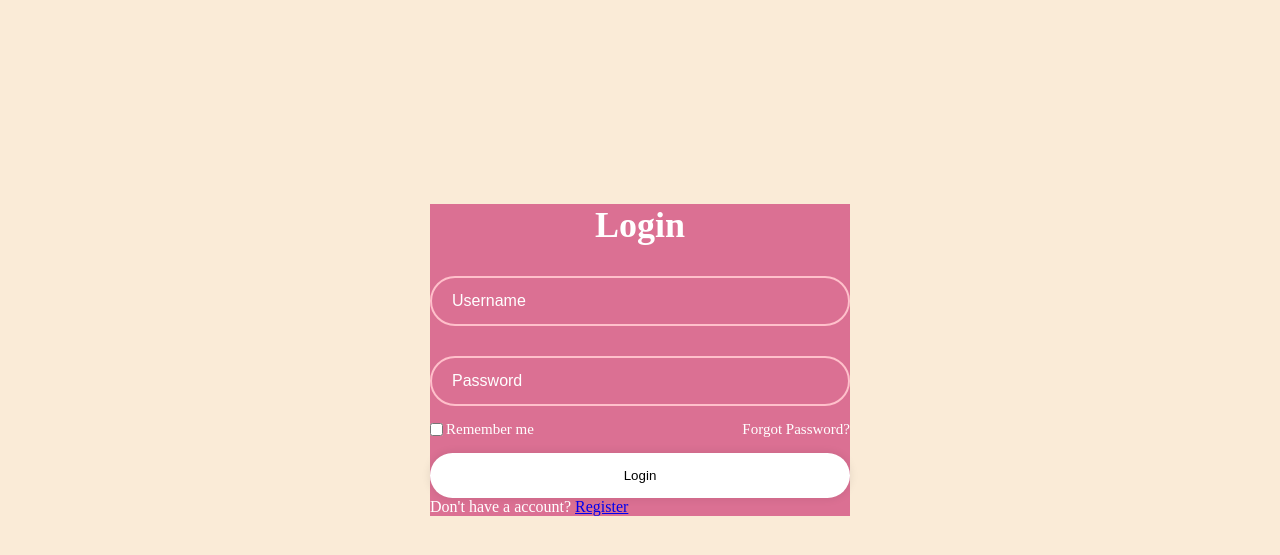
Repository: Kubraaygun/Html_Css_Login
Page: index.html
The author's editor kept a copy of each file at every save. The page is drawn from the files as they stood at one save, then again after the next save.
The browser window is 1280 px wide. The pictures show the whole page.

Above is the page before, as saved 2025-03-05 19:51:54.

### index.html
<!DOCTYPE html>
<html lang="en">
  <head>
    <meta charset="UTF-8" />
    <meta name="viewport" content="width=device-width, initial-scale=1.0" />
    <title>HTML</title>
    <link rel="stylesheet" href="style.css" />
    <link
      rel="stylesheet"
      href="https://fonts.googleapis.com/icon?family=Material+Icons"
    />
  </head>

  <body>
    <div class="container">
      <form action="">
        <!-- Baslik -->
        <h1 class="login">Login</h1>

        <!-- input alanimiz -->

        <!-- surname -->
        <div class="input-box">
          <input type="text" required placeholder="Username" />
        </div>

        <!-- Password -->
        <div class="input-box">
          <input type="password" required placeholder="Password" />
        </div>

        <!-- Remember me Alani -->
        <div class="remember-me">
          <label>
            <input class="checkbox" type="checkbox" />Remember
            <span>&nbsp;</span>me
          </label>
          <a class="forgotPassword" href="">Forgot Password?</a>
        </div>

        <!-- Button -->
        <button type="submit" class="button">Login</button>

        <!-- Register Link -->
        <div class="register-link">
          <p>Don't have a account? <a href="#"> Register</a></p>
        </div>
      </form>
    </div>
  </body>
</html>

### style.css
* {
  margin: 0;
  padding: 0;
  box-sizing: border-box;
}

body {
  display: flex;
  justify-content: center;
  align-items: center;
  min-height: 100vh; /* vh: Tarayici penceresinin yuksekligine gore yuzde olarak boyut belirler. 1vh pencere yuksekliginin %1ine esittir */
  background-color: antiquewhite;
}

.container {
  width: 420px;
  background-color: palevioletred;
  color: white;
}

.login {
  font-size: 36px;
  text-align: center;
}
.input-box {
  width: 100%;
  height: 50px;
  margin: 30px 0;
}

input {
  width: 100%;
  height: 100%;
  background-color: transparent;
  border: none;
  outline: none;
  border: 2px solid pink;
  border-radius: 30px;
  font-size: 16px;
  color: purple;
  padding: 20px;
}
input:hover {
  background-color: pink;
}
input::placeholder {
  color: #fff;
}

.remember-me {
  display: flex;
  justify-content: space-between;
  font-size: 15px;
  margin: -15px 0 15px;
}

label {
  display: flex;
  align-items: center;
}

.checkbox {
  accent-color: purple;
  margin-right: 3px;
}
.forgotPassword {
  color: #fff;
  text-decoration: none;
}

.forgotPassword:hover {
  text-decoration: underline;
}

.button {
  width: 100%;
  height: 45px;
  background-color: #fff;
  border: none;
  outline: none;
  border-radius: 40px;
  box-shadow: 0 0 10px rgba(0, 0, 0, 0.1);
}

After the next save:
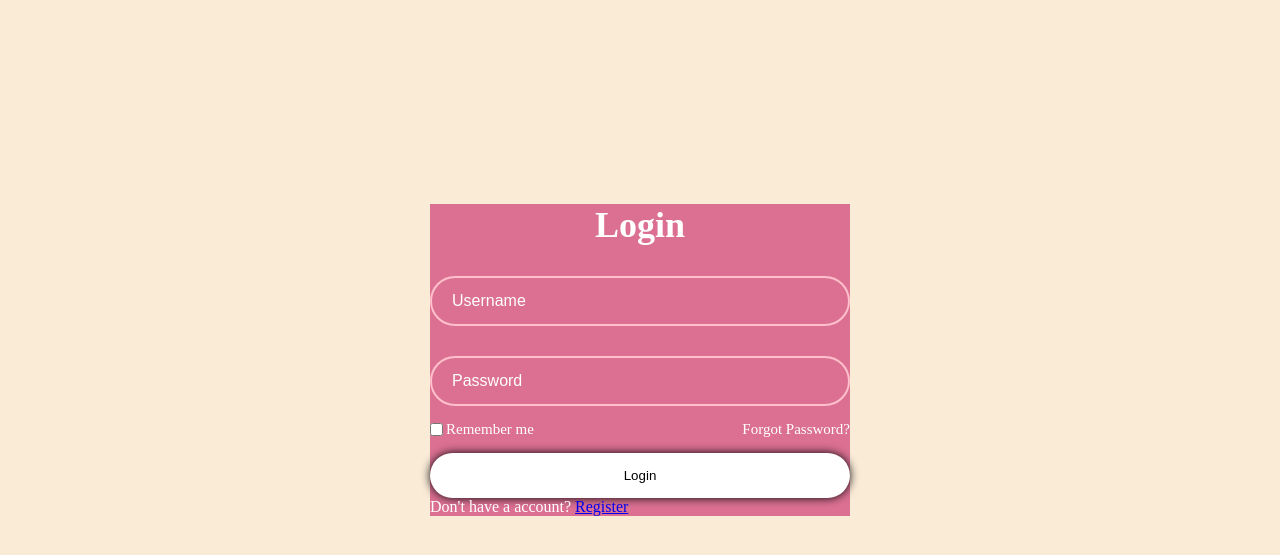
Saved 38 s later.
--- a/style.css
+++ b/style.css
@@ -79,5 +79,5 @@
   border: none;
   outline: none;
   border-radius: 40px;
-  box-shadow: 0 0 10px rgba(0, 0, 0, 0.1);
+  box-shadow: 0 0 10px rgba(0, 0, 0, 2);
 }

After the 2 saves that followed:
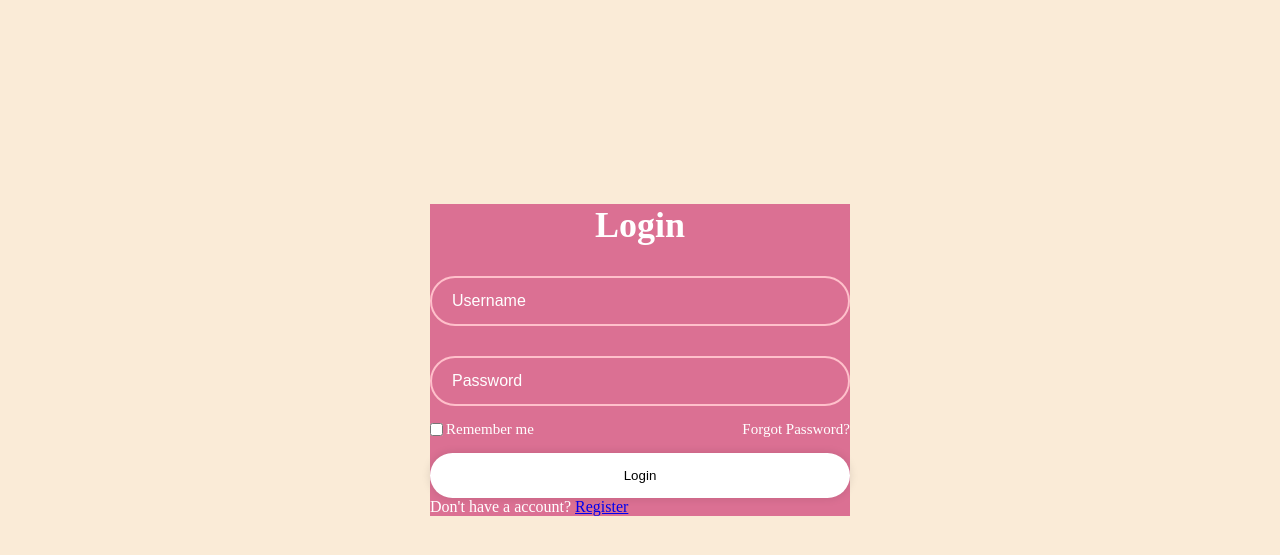
The 2 saves are shown as one change because 1 left the picture as it was.
The last was saved 16 s later.
--- a/style.css
+++ b/style.css
@@ -79,5 +79,5 @@
   border: none;
   outline: none;
   border-radius: 40px;
-  box-shadow: 0 0 10px rgba(0, 0, 0, 2);
+  box-shadow: 0 0 10px rgba(0, 0, 0, 0.12);
 }
